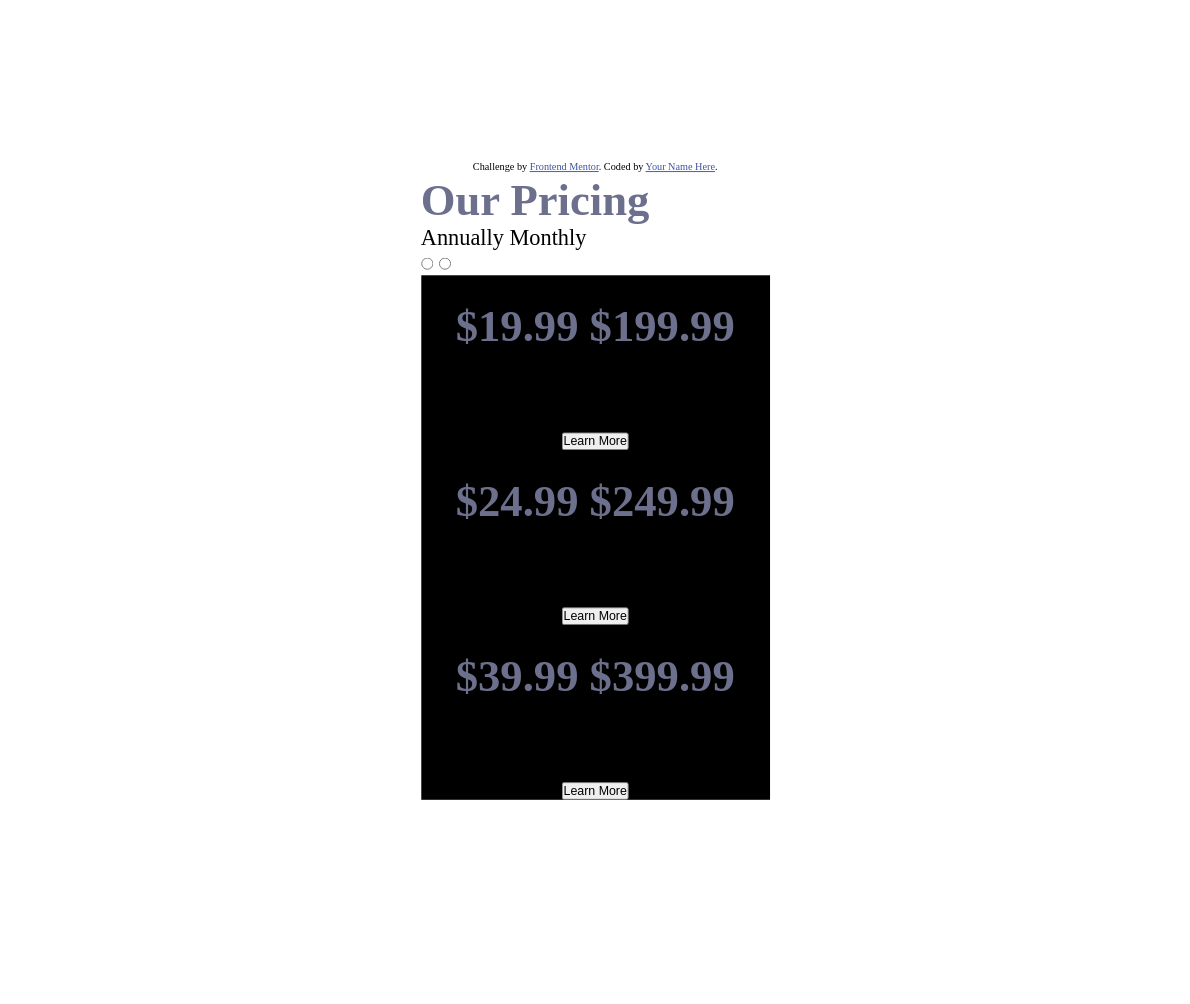
Repository: JuzzJoel/pricing-component-with-toggle-master
Page: index.html
An editor plug-in stored every save of this project. The page is shown before and after the next save, followed by the edit.
The browser window is 1280 px wide. The pictures show the whole page, at 93% of full size.

Above is the page before, as saved 2025-05-24 08:11:38.

### index.html
<!DOCTYPE html>
<html lang="en">
<head>
  <meta charset="UTF-8">
  <meta name="viewport" content="width=device-width, initial-scale=1.0"> <!-- displays site properly based on user's device -->

  <link rel="icon" type="image/png" sizes="32x32" href="./images/favicon-32x32.png">

  <title>Frontend Mentor | [pricing-component-with-toggle-master]</title>
  <style>
    :root{

--linear-gradient: hsl(236, 72%, 79%) to hsl(237, 63%, 64%);

--clr-pri: hsl(240, 78%, 98%);
--clr-pri-acc: hsl(234, 14%, 74%);
--clr-sec: hsl(233, 13%, 49%);
--clr-sec-acc: hsl(232, 13%, 33%);
    }
*,
*::before,
*::after {
    box-sizing: border-box;
}

* {
    margin: 0;
    padding: 0;
    box-sizing: border-box;
}

    .attribution { font-size: 11px; text-align: center;height: 2vh; }
    .attribution a { color: hsl(228, 45%, 44%); }
body{
  font-size: 0.95rem;
width: 100vw;
height: 150vh;
display: flex;
align-items: center;
justify-content: center;
flex-direction: column;
}


.container{
  width: 375px;
  height: 100vh;

}
  .pricing-header{
font-size: 1.5rem;
  }
  .pricing-header h1{
    color: var(--clr-sec);

  }
    .toggle-box{}

     .toggle-container{}

       .pricing{}

     .toggle-slider{

     }
   .content-body{
    display: flex;
    flex-direction: column;
    background: #000;

   }
   .content{
    display: flex;
    flex-direction: column;
    justify-content: space-evenly;
   }
   .card-container{
    display: flex;
    flex-direction: column;
    align-items: center;
   }
        .card{
          display: flex;
          flex-direction: column;
          align-items: center;
          width: 90%;
          height: 90%;
        }
          .rows-head{
            height: 35%;
          }

          .rows{
            height: 15%;
            border: 1px solid black;
          }
          .rows-button{
            height: 25%;
          }
  button{
    width: 100%;
    display: flex;
    align-items: center;
    justify-content: center;
  }

          @media(min-width:1440px){
            .content{
              flex-direction: row;
              justify-content: space-between;
             }
          }
  </style>
</head>
<body>
  <div class="attribution">
    Challenge by <a href="https://www.frontendmentor.io?ref=challenge" target="_blank">Frontend Mentor</a>.
    Coded by <a href="#">Your Name Here</a>.
  </div>


  <div class="container">
    <div class="pricing-header">
      <h1>Our Pricing</h1>
      <div class="toggle-box">
        Annually
        Monthly
        <div class="toggle-container">

          <input type="radio" class="pricing" id="price-annnual">
          <label for=""></label>

          <input type="radio" class="pricing" id="price-month">
          <label for=""></label>

          <div class="toggle-slider"></div>
        </div>
      </div>
      <div class="content-body">
        <div class="content">
          <div class="card-container">
<div class="card">
            <div class="rows-head">Basic
         <h1>   &dollar;19.99
            &dollar;199.99</h1>
          </div>
            <div class="rows">500 GB Storage</div>
            <div class="rows">2 Users Allowed</div>
            <div class="rows">Send up to 3 GB</div>
            <div class="rows-button"><button>Learn More</button></div>
          </div>
          </div>

          <div class="card-container">
            <div class="card">
            <div class="rows-head">Professional
              <h1>  &dollar;24.99
            &dollar;249.99 </h1>
          </div>
            <div class="rows">1 TB Storage</div>
            <div class="rows">5 Users Allowed</div>
            <div class="rows">Send up to 10 GB</div>
            <div class="rows-button"><button>Learn More</button></div>
          </div>
          </div>
          <div class="card-container">
            <div class="card">
            <div class="rows-head">Master
              <h1>   &dollar;39.99
            &dollar;399.99</h1>
          </div>
            <div class="rows">2 TB Storage</div>
            <div class="rows">10 Users Allowed</div>
            <div class="rows">Send up to 20 GB</div>
            <div class="rows-button"><button>Learn More</button></div>
          </div>
          </div>
        </div>
      </div>
    </div>
  </div>


</body>
</html>

After the next save:
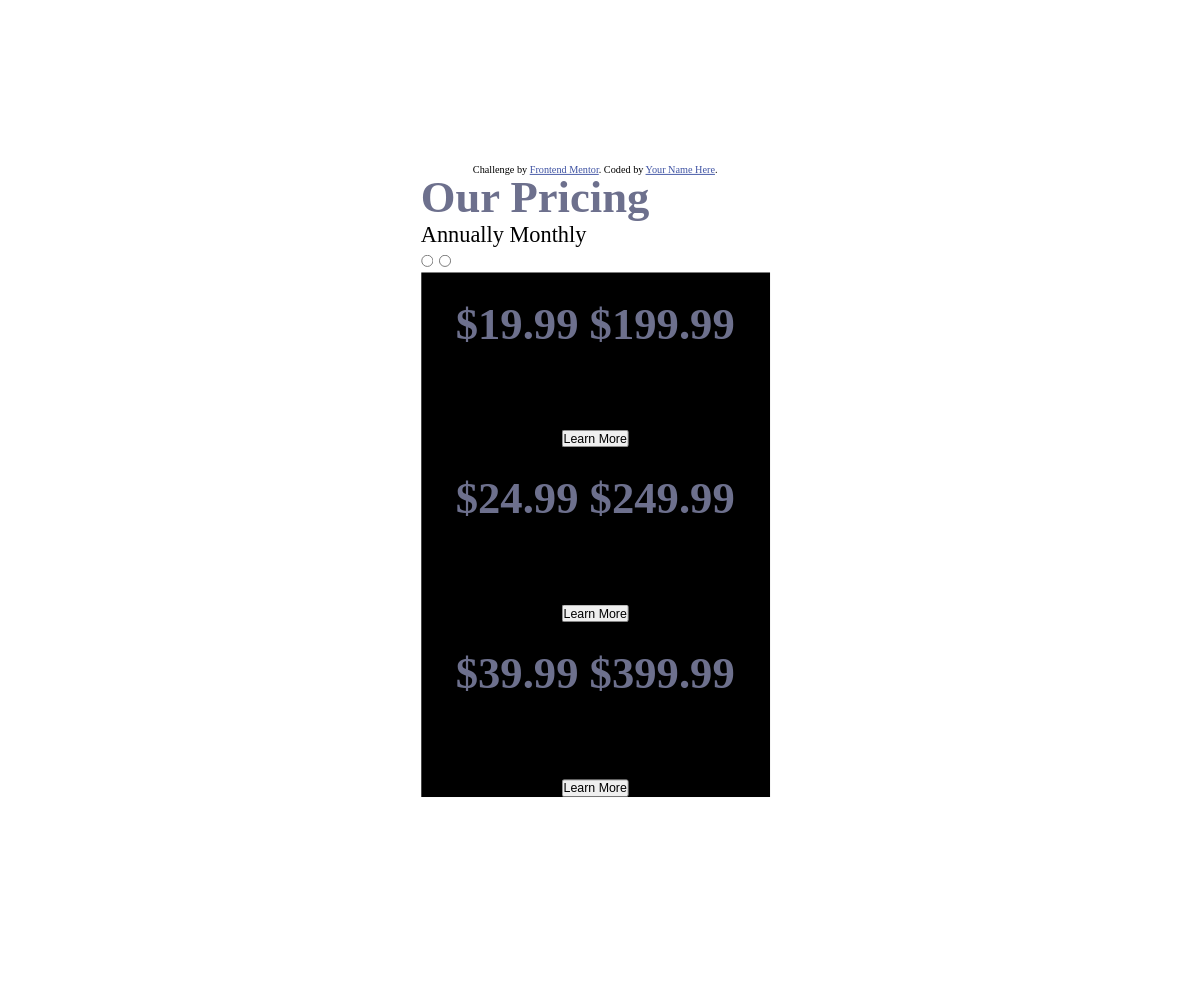
Saved 5 s later.
--- a/index.html
+++ b/index.html
@@ -29,7 +29,7 @@
     box-sizing: border-box;
 }
 
-    .attribution { font-size: 11px; text-align: center;height: 2vh; }
+    .attribution { font-size: 11px; text-align: center;height: 1vh; }
     .attribution a { color: hsl(228, 45%, 44%); }
 body{
   font-size: 0.95rem;
